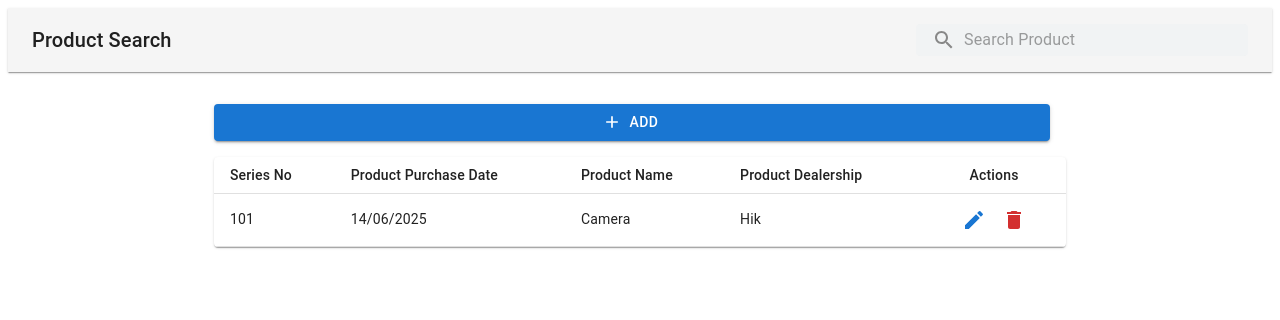
Repository: Sharathguru/Product_Task
Page: / (app in Frontend/)
These files come from the project's save history. The page is drawn as it stood at one moment and after the next save; the edit follows.
The browser window is 1280 px wide. The pictures show the whole page.
The project was rebuilt for these pictures with package versions that can differ from the ones it lists, and the page was loaded fresh each time. Requests to the local data server were answered from the project's data file. Also part of the build but not shown: Frontend/vite.config.js, Frontend/src/index.css, Frontend/src/Pages/Insert.jsx, Frontend/src/Pages/Update.jsx, Frontend/src/Pages/Delete.jsx.

Above is the page before, as saved 2025-06-13 15:09:44.

After the next save:
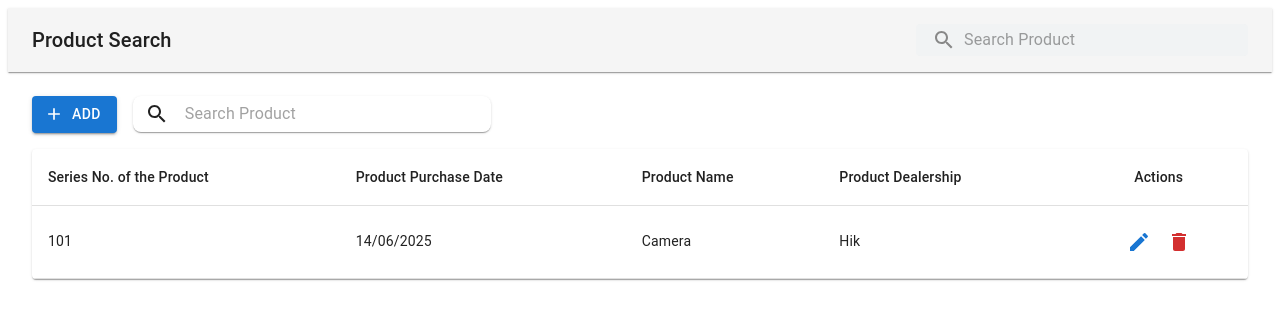
Saved 28 s later.
--- a/Frontend/src/Pages/Fetch.jsx
+++ b/Frontend/src/Pages/Fetch.jsx
@@ -12,9 +12,10 @@ import TableHead from "@mui/material/TableHead";
 import TableRow from "@mui/material/TableRow";
 import Paper from "@mui/material/Paper";
 import IconButton from "@mui/material/IconButton";
+import InputBase from "@mui/material/InputBase";
+import Box from "@mui/material/Box";
+import SearchIcon from "@mui/icons-material/Search";
 import Button from "@mui/material/Button";
-import Box from "@mui/material/Box";
-import Container from "@mui/material/Container";
 import { toast } from "react-toastify";
 
 const Fetch = ({ search }) => {
@@ -35,19 +36,19 @@ const Fetch = ({ search }) => {
     fetchData();
   }, []);
 
-  const handleDelete = async (id) => {
+  const handleDelete = async (seriesNo) => {
     if (!window.confirm("Are you sure you want to delete this product?")) return;
     try {
-      await axios.delete(`/user/${id}`);
-      setProducts(products.filter((item) => item.id !== id));
+      await axios.delete(`/user/${seriesNo}`);
+      setProducts(products.filter((item) => item.Series_No !== seriesNo));
       toast.success("Product deleted successfully!");
     } catch {
       toast.error("Delete failed.");
     }
   };
 
-  const handleEdit = (id) => {
-    navigate(`/update`, { state: { id } });
+  const handleEdit = (seriesNo) => {
+    navigate(`/update`, { state: { seriesNo } });
   };
 
   const handleAdd = () => {
@@ -62,24 +63,43 @@ const Fetch = ({ search }) => {
   );
 
   return (
-    <Container maxWidth="md" sx={{ py: { xs: 2, md: 4 } }}>
-      <Box sx={{ display: "flex", alignItems: "center", mb: 2, flexDirection: { xs: "column", sm: "row" } }}>
+    <Box sx={{ p: 3 }}>
+      <Box sx={{ display: "flex", alignItems: "center", mb: 2 }}>
         <Button
           variant="contained"
           color="primary"
           startIcon={<AddIcon />}
           onClick={handleAdd}
-          sx={{ mb: { xs: 2, sm: 0 }, mr: { sm: 2 } }}
-          fullWidth={true}
+          sx={{ mr: 2 }}
         >
           Add
         </Button>
+        <Paper
+          component="form"
+          sx={{
+            p: "2px 4px",
+            display: "flex",
+            alignItems: "center",
+            width: 350,
+            borderRadius: 2,
+            boxShadow: 1,
+          }}
+        >
+          <SearchIcon sx={{ ml: 1, mr: 1 }} />
+          <InputBase
+            sx={{ ml: 1, flex: 1 }}
+            placeholder="Search Product"
+            inputProps={{ "aria-label": "search product" }}
+            value={search}
+            onChange={(e) => setSearch(e.target.value)}
+          />
+        </Paper>
       </Box>
-      <TableContainer component={Paper} sx={{ width: "100%", overflowX: "auto" }}>
-        <Table size="small">
+      <TableContainer component={Paper}>
+        <Table>
           <TableHead>
             <TableRow>
-              <TableCell>Series No</TableCell>
+              <TableCell>Series No. of the Product</TableCell>
               <TableCell>Product Purchase Date</TableCell>
               <TableCell>Product Name</TableCell>
               <TableCell>Product Dealership</TableCell>
@@ -87,11 +107,12 @@ const Fetch = ({ search }) => {
             </TableRow>
           </TableHead>
           <TableBody>
-            {filteredProducts.map((item) => (
-              <TableRow key={item.id}>
+            {filteredProducts.map((item, idx) => (
+              <TableRow key={item.Series_No + idx}>
                 <TableCell>{item.Series_No}</TableCell>
                 <TableCell>
                   {item.Product_Purchase_Date &&
+                    !isNaN(new Date(item.Product_Purchase_Date)) &&
                     new Date(item.Product_Purchase_Date).toLocaleDateString("en-GB")}
                 </TableCell>
                 <TableCell>{item.Product_Name}</TableCell>
@@ -99,13 +120,13 @@ const Fetch = ({ search }) => {
                 <TableCell align="center">
                   <IconButton
                     color="primary"
-                    onClick={() => handleEdit(item.id)}
+                    onClick={() => handleEdit(item.Series_No)}
                   >
                     <EditIcon />
                   </IconButton>
                   <IconButton
                     color="error"
-                    onClick={() => handleDelete(item.id)}
+                    onClick={() => handleDelete(item.Series_No)}
                   >
                     <DeleteIcon />
                   </IconButton>
@@ -123,7 +144,7 @@ const Fetch = ({ search }) => {
         </Table>
       </TableContainer>
       {error && <p style={{ color: "red" }}>{error}</p>}
-    </Container>
+    </Box>
   );
 };
 
